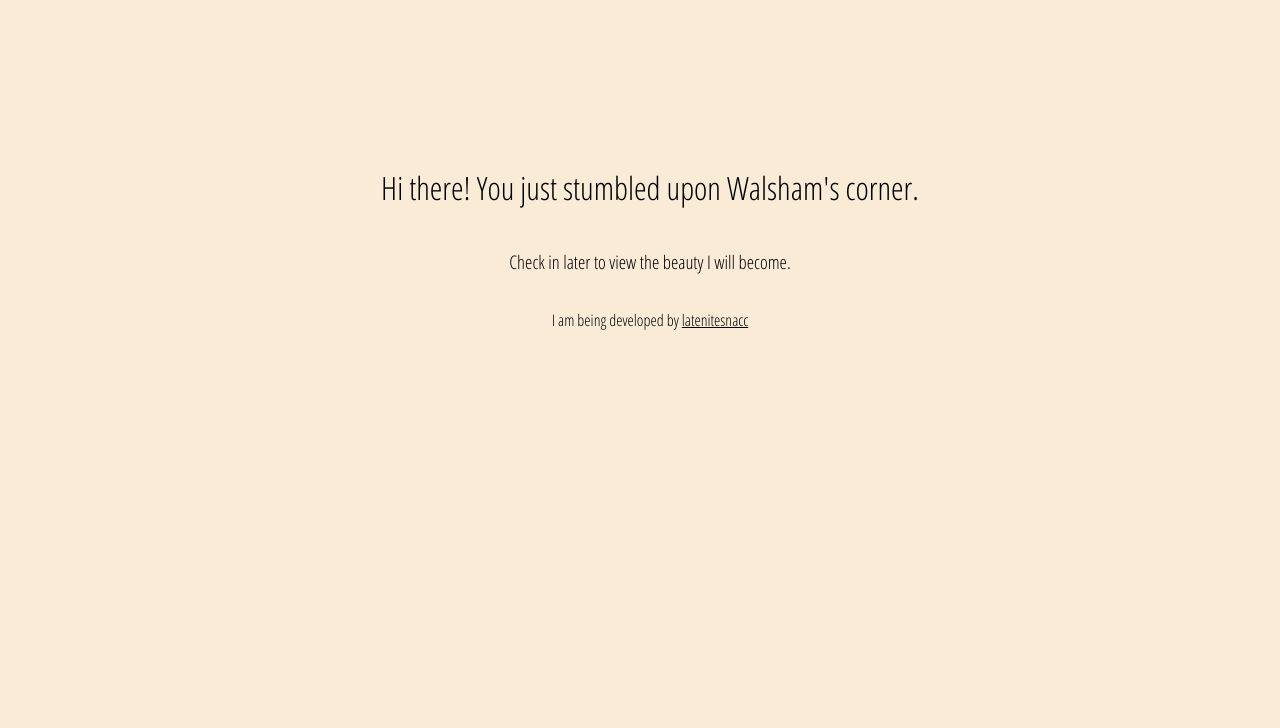
Repository: latenightsnacc/Coming-Soon-Pages
Page: index.html
The author's editor kept a copy of each file at every save. The page is drawn from the files as they stood at one save, then again after the next save.
The browser window is 1280 px wide. The pictures show the whole page.

Above is the page before, as saved 2020-10-13 15:59:06.

After the next save:
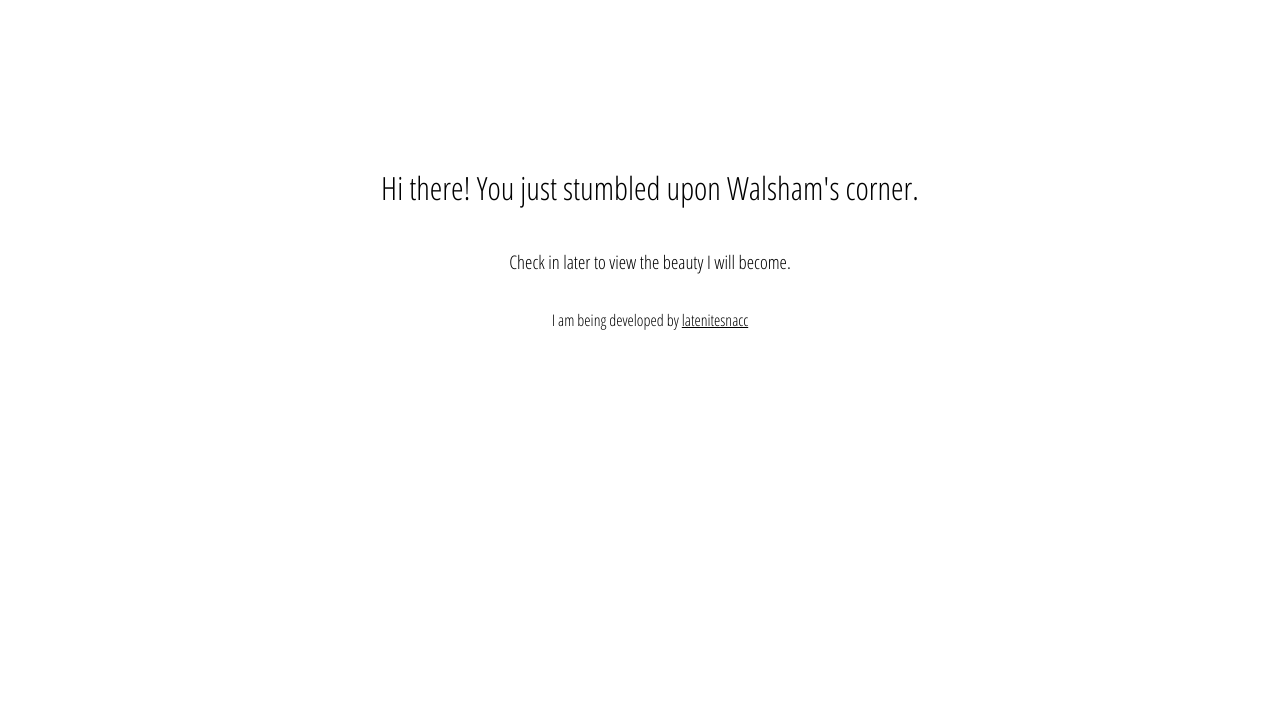
Saved 19 s later.
--- a/index.html
+++ b/index.html
@@ -7,7 +7,7 @@
     <title>Welcome to Walsham's Corner | Walsham's corner</title>
     <style>
         html,body{
-            background-color: antiquewhite;
+            background-color: white;
             height: 100%;
             overflow: hidden;
         }
